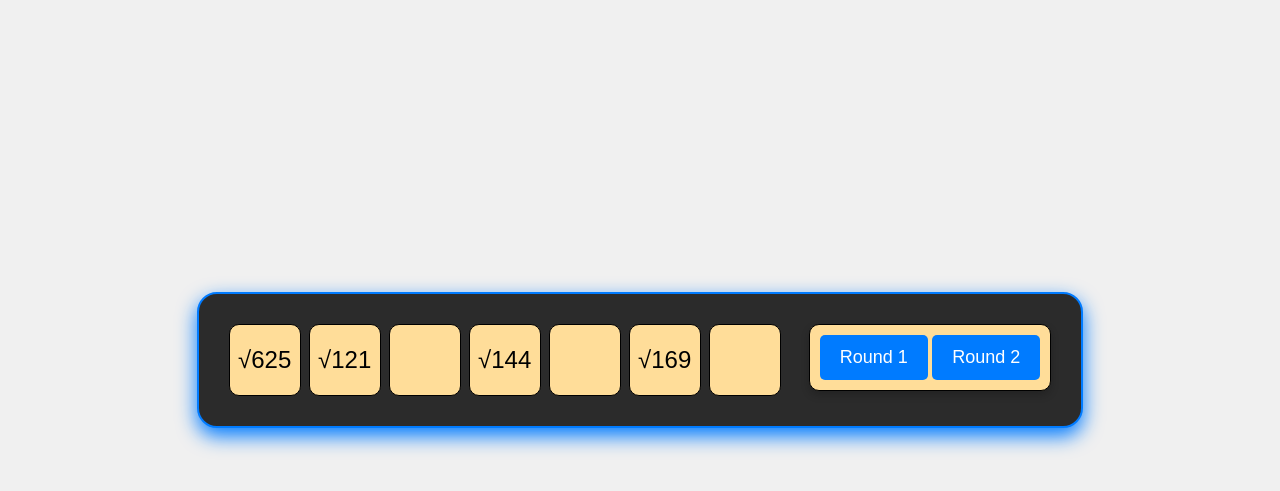
Repository: radisyah/THE_BRAIN_STORM
Page: Broken Link.html
These files come from the project's save history. The page is drawn as it stood at one moment and after the next save; the edit follows.
The browser window is 1280 px wide. The pictures show the whole page.

Above is the page before, as saved 2024-11-09 13:17:09.

After the next save:
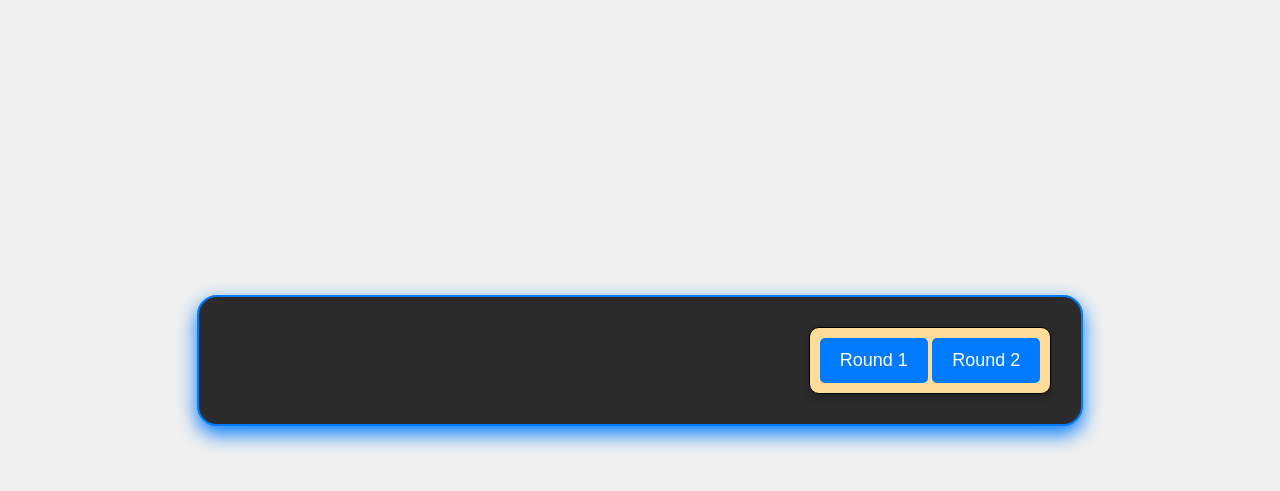
Console error: ReferenceError: round1GridData is not defined
Saved 65 s later.
--- a/Broken Link.html
+++ b/Broken Link.html
@@ -133,37 +133,38 @@
 
 <script>
     // Data for grid and paths (different paths for each round)
-const round1GridData = [
-    { number: 1, hasNumber: '√625' },
-    { number: 2, hasNumber: '√121' },
-    { number: 3, hasNumber: false },
-    { number: 4, hasNumber: '√144' },
-    { number: 5, hasNumber: false },
-    { number: 6, hasNumber: '√169' },
-    { number: 7, hasNumber: false },
-];
-
-const round2GridData = [
+// Data untuk grid dan jalur dinamis untuk ronde 1 dan ronde 2
+const gridDataRound1 = [
     { number: 1, hasNumber: false },
     { number: 2, hasNumber: false },
     { number: 3, hasNumber: false },
-    { number: 4, hasNumber: '√144' },
+    { number: 4, hasNumber: false },
     { number: 5, hasNumber: false },
     { number: 6, hasNumber: false },
-    { number: 7, hasNumber: '√169' },
-];
-
-// Correct paths (example paths for each round)
-const round1Paths = [
-    [1, 2, 4, 6],
-];
-
-const round2Paths = [
-    [2, 3, 5, 7],
-];
-
-let currentPath = []; // Keeps track of the selected path
-let lockedGrids = new Set(); // Keeps track of locked grids
+    { number: 7, hasNumber: false }
+];
+
+const gridDataRound2 = [
+    { number: 8, hasNumber: false },
+    { number: 9, hasNumber: false },
+    { number: 10, hasNumber: false },
+    { number: 11, hasNumber: false },
+    { number: 12, hasNumber: false },
+    { number: 13, hasNumber: false },
+    { number: 14, hasNumber: false }
+];
+
+const correctPathsRound1 = [
+    [1, 2, 3, 4, 5, 6, 7]
+];
+
+const correctPathsRound2 = [
+    [8, 9, 10, 11, 12, 13, 14]
+];
+
+let currentPath = [];
+let lockedGrids = new Set();
+
 
 // Function to load questions for the selected round
 function loadQuestion(round) {

After the 3 saves that followed:
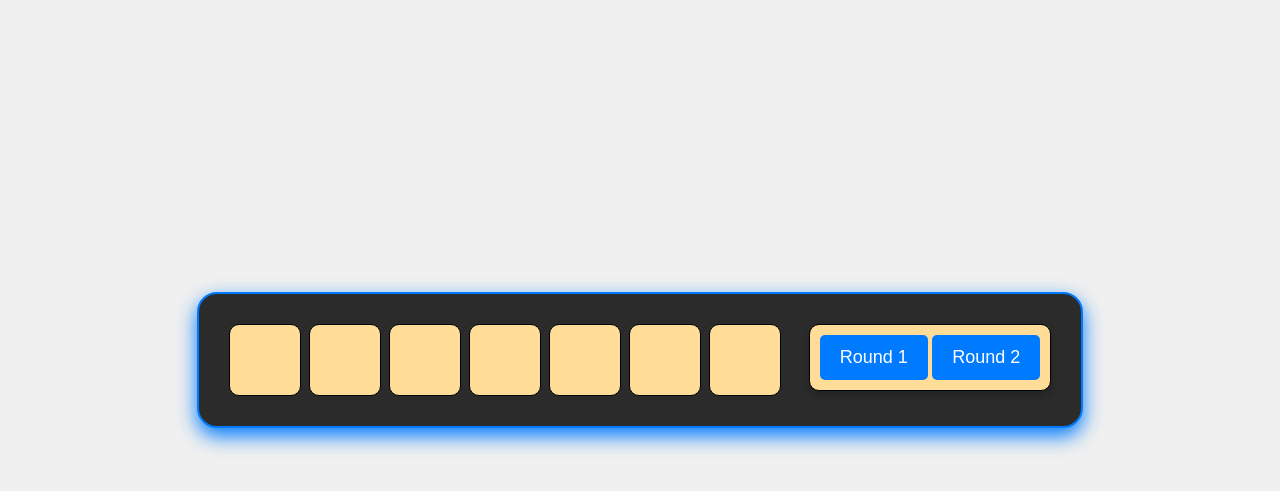
The error is gone.
The 3 saves are shown as one change because 2 left the picture as it was.
The last was saved 97 s later.
--- a/Broken Link.html
+++ b/Broken Link.html
@@ -166,26 +166,32 @@
 let lockedGrids = new Set();
 
 
-// Function to load questions for the selected round
+// Fungsi untuk memuat soal berdasarkan ronde yang dipilih
 function loadQuestion(round) {
-    // Clear the grid before loading new round
-    document.getElementById('gridContainer').innerHTML = '';
-
-    // Load the appropriate grid and paths based on the round
+    // Kosongkan grid yang ada
+    const container = document.getElementById('gridContainer');
+    container.innerHTML = ''; // Hapus semua elemen grid lama
+
+    // Reset variabel global
+    currentPath = [];
+    lockedGrids.clear();
+
+    // Pilih data yang sesuai berdasarkan ronde
+    let gridData, correctPaths;
     if (round === 1) {
-        gridData = round1GridData;
-        correctPaths = round1Paths;
+        gridData = gridDataRound1;
+        correctPaths = correctPathsRound1;
     } else if (round === 2) {
-        gridData = round2GridData;
-        correctPaths = round2Paths;
-    }
-
-    // Generate the grid for the selected round
-    generateGrid();
-}
-
-// Function to generate the grid dynamically
-function generateGrid() {
+        gridData = gridDataRound2;
+        correctPaths = correctPathsRound2;
+    }
+
+    // Generate grid untuk ronde yang dipilih
+    generateGrid(gridData, correctPaths);
+}
+
+// Fungsi untuk membuat grid berdasarkan data yang diberikan
+function generateGrid(gridData, correctPaths) {
     const container = document.getElementById('gridContainer');
     gridData.forEach(item => {
         const gridItem = document.createElement('div');
@@ -201,7 +207,7 @@
         container.appendChild(gridItem);
 
         gridItem.addEventListener('click', (event) => {
-            handleGridClick(event, item.number);
+            handleGridClick(event, item.number, correctPaths);
         });
 
         if (lockedGrids.has(item.number)) {
@@ -210,10 +216,10 @@
     });
 }
 
-// Function to handle grid click events
-function handleGridClick(event, clickedNumber) {
+// Fungsi untuk menangani klik pada grid (perubahan agar sesuai dengan ronde yang dipilih)
+function handleGridClick(event, clickedNumber, correctPaths) {
     if (lockedGrids.has(clickedNumber)) {
-        return; // Don't allow click if grid is locked
+        return;
     }
 
     if (currentPath.length === 0) {
@@ -222,13 +228,13 @@
         return;
     }
 
-    if (isValidStep(clickedNumber)) {
+    if (isValidStep(clickedNumber, correctPaths)) {
         currentPath.push(clickedNumber);
         event.currentTarget.classList.add("blue");
 
         highlightCurrentPath();
 
-        if (isPathComplete()) {
+        if (isPathComplete(correctPaths)) {
             lockPath();
         }
     } else {
@@ -236,8 +242,8 @@
     }
 }
 
-// Function to check if the step clicked is valid
-function isValidStep(clickedNumber) {
+// Fungsi lainnya tetap seperti sebelumnya, hanya menambahkan parameter correctPaths untuk mendukung ronde yang berbeda
+function isValidStep(clickedNumber, correctPaths) {
     const lastStep = currentPath[currentPath.length - 1];
     return correctPaths.some(path => {
         const indexLastStep = path.indexOf(lastStep);
@@ -248,18 +254,7 @@
     });
 }
 
-function highlightCurrentPath() {
-    document.querySelectorAll(".grid-item").forEach(item => {
-        const number = parseInt(item.getAttribute("data-number"));
-        if (currentPath.includes(number)) {
-            item.classList.add("blue");
-        } else {
-            item.classList.remove("blue");
-        }
-    });
-}
-
-function isPathComplete() {
+function isPathComplete(correctPaths) {
     return correctPaths.some(path => {
         return path.every(step => currentPath.includes(step)) || path.reverse().every(step => currentPath.includes(step));
     });
@@ -270,7 +265,6 @@
         lockedGrids.add(step);
         document.querySelector(`[data-number="${step}"]`).classList.add("locked");
     });
-
     currentPath = [];
 }
 
